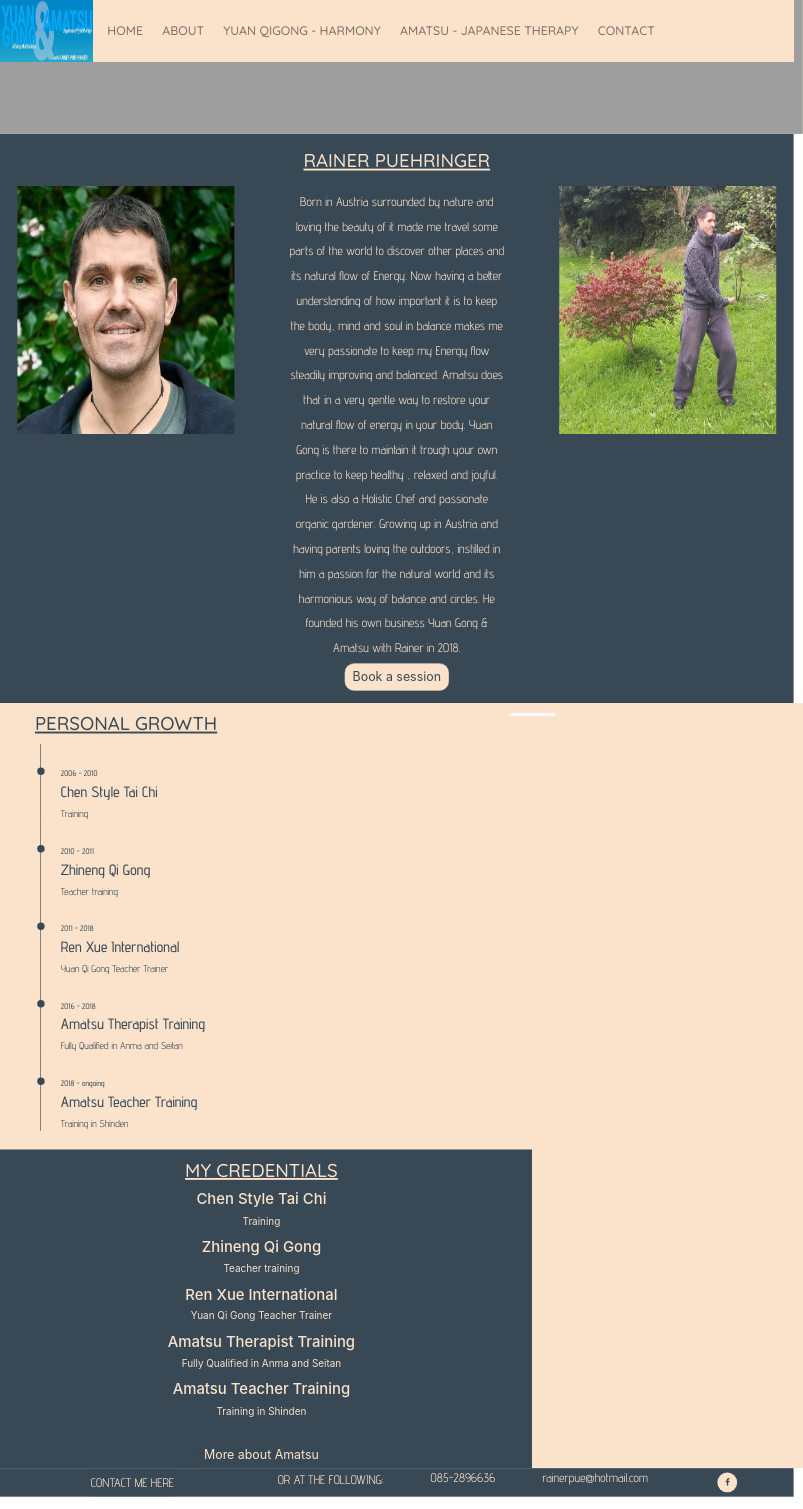
Repository: rainerpue/practitioner_website
Page: about.html
The author's editor kept a record of every edit. The page is drawn from the files as they stood at one moment, then again after the next edit.
The browser window is 1280 px wide. The page is 1295 px wide, so the pictures cover 1295 px, including what lies to the right of the window. The pictures show the whole page, at 62% of full size.
Pictures or frames that could not be fetched are drawn as grey boxes. Some web libraries are served in a nearby version.

Above is the page before.

### about.html
<!DOCTYPE html>
<html lang="en">

<head>
    <meta charset="UTF-8">
    <meta name="viewport" content="width=device-width, initial-scale=1.0">
    <meta http-equiv="X-UA-Compatible" content="ie=edge">
    <meta name="description" content="Home page | Rainer Puehringer, Find your Energy flow">
    <meta name="keywords" content="qigong, amatsu, therapy, energy flow, body balance, harmony, Japanese therapy, yuan gong, ireland">
    <meta name="author" content="Rainer Puehringer">
    <!-- style links -->
    <link rel="stylesheet" href="https://stackpath.bootstrapcdn.com/bootstrap/4.3.1/css/bootstrap.min.css" type="text/css" />
    <link rel="stylesheet" href="https://stackpath.bootstrapcdn.com/font-awesome/4.7.0/css/font-awesome.min.css" type="text/css" />

    <!-- link to my css file comes after to make sure it render over bootstrap style -->
    <link rel="stylesheet" href="assets/css/style.css" type="text/css" />

    <title>Rainer Puehringer, Find your Energy flow with Yuan Qigong and Amatsu</title>

</head>

<body>
    <!-- navbar and logo -->
    <!-- blue background will only show on bigger screens, set to transparent for mobile device -->
    <nav class="navbar navbar-expand-md fixed-top navbar-light nav-coral">
        <!-- logo -->
        <a href="index.html" class="navbar-brand logo">
            <img src="assets/images/logo.jpeg" width="150" height="100" alt="logo">
        </a>
        <!-- button for smaller devices -->
        <button class="navbar-toggler" type="button" data-toggle="collapse" data-target="#burger" aria-controls="burger" aria-expanded="false" aria-label="Toggle navigation">
    <span class="fa fa-bars"></span>
  </button>
        <!-- navigation items which drop down vertically from burger icon in smaller devices -->
        <div class="collapse navbar-collapse" id="burger">
            <ul class="navbar-nav mr-auto text-uppercase">
                <li class="nav-item">
                    <a class="nav-link" href="index.html">Home</a>
                </li>
                <li class="nav-item">
                    <a class="nav-link" href="about.html">About</a>
                </li>
                <li class="nav-item">
                    <a class="nav-link" href="index.html">Yuan Qigong - Harmony</a>
                </li>
                <li class="nav-item">
                    <a class="nav-link" href="index.html">Amatsu - Japanese Therapy</a>
                </li>
                <li class="nav-item">
                    <a class="nav-link" href="index.html">Contact</a>
                </li>
            </ul>
        </div>
    </nav>

    <!-- end navbar -->


    <!-- about image banner -->
    <main>
        <div class="container-fluid">
            <div class="row">
                <div class="col-12 about-image">
                </div>
            </div>
        </div>

        <!-- Rainer's intro -->
        <section class="container-fluid bg-grey about-intro">
            <div class="row">
                <div class="col text-center">
                    <h3 class="text-uppercase">RAINER PUEHRINGER</h3>
                </div>
            </div>
            <div class="row about-details">
                <div class="col-md-4 text-center">
                    <img class="about-sm-img" src="assets/images/Rainer.jpeg" width="350" height="400" alt="Rainer Puehringer">
                </div>
                <div class="col-md-4">
                    <p class="about-content text-center">Born in Austria surrounded by nature and loving the beauty of it made me travel some parts of the world to discover other places and its natural flow of Energy. Now having a better understanding of how important it is to keep the body,
                        mind and soul in balance makes me very passionate to keep my Energy flow steadily improving and balanced. Amatsu does that in a very gentle way to restore your natural flow of energy in your body. Yuan Gong is there to maintain
                        it trough your own practice to keep healthy , relaxed and joyful. He is also a Holistic Chef and passionate organic gardener. Growing up in Austria and having parents loving the outdoors, instilled in him a passion for the natural
                        world and its harmonious way of balance and circles. He founded his own business Yuan Gong & Amatsu with Rainer in 2018.</p>
                </div>
                <div class="col-md-4 d-none d-md-block text-center">
                    <img src="assets/images/Rainer2.jpeg" width="350" height="400" alt="Rainer doing Qigong movement">
                </div>
            </div>
            <div class="container-fluid">
                <div class="row text-center">
                    <div class="col-12">
                        <a class="btn btn--gal btn--coral" href="#">Book a session</a>
                    </div>
                </div>
            </div>
        </section>

        <!-- timeline -->

        <section class="container-fluid">
            <div class="row bg-coral">
                <div class="col-md-4 timeline section-column">
                    <div class="row">
                        <div class="col-12">
                            <h3 class="text-uppercase text-center">Personal growth</h3>
                        </div>
                    </div>
                    <div class="history-items">
                        <div class="timeline-item" data-dates="2006 - 2010">
                            <h4>Chen Style Tai Chi</h4>
                            <p>Training</p>
                        </div>
                        <div class="timeline-item" data-dates="2010 - 2011">
                            <h4>Zhineng Qi Gong</h4>
                            <p>Teacher training</p>
                        </div>
                        <div class="timeline-item" data-dates="2011 - 2018">
                            <h4>Ren Xue International</h4>
                            <p>Yuan Qi Gong Teacher Trainer</p>
                        </div>
                        <div class="timeline-item" data-dates="2016 - 2018">
                            <h4>Amatsu Therapist Training</h4>
                            <p>Fully Qualified in Anma and Seitan</p>
                        </div>
                        <div class="timeline-item" data-dates="2018 - ongoing">
                            <h4>Amatsu Teacher Training</h4>
                            <p>Training in Shinden</p>
                        </div>
                    </div>
                </div>

                <!-- small divider -->

                <hr class="section-divider-short">

                <!-- qualifications check -->

                <div class="col-md-8 bg-grey section-column">
                    <div class="row">
                        <div class="col-12">
                            <h3 class="text-uppercase text-center">My credentials</h3>
                        </div>
                    </div>
                    <div class="row text-center qualif-section">
                        <div class="col-12">
                            <h4>Chen Style Tai Chi</h4>
                            <p>Training</p>
                        </div>
                        <div class="col-12">
                            <h4>Zhineng Qi Gong</h4>
                            <p>Teacher training</p>
                        </div>
                        <div class="col-12">
                            <h4>Ren Xue International</h4>
                            <p>Yuan Qi Gong Teacher Trainer</p>
                        </div>
                        <div class="col-12">
                            <h4>Amatsu Therapist Training</h4>
                            <p>Fully Qualified in Anma and Seitan</p>
                        </div>
                        <div class="col-12">
                            <h4>Amatsu Teacher Training</h4>
                            <p>Training in Shinden</p>
                        </div>
                    </div>
                    <p class="content-intro"></p>
                    <div class="row text-center">
                        <div class="col-12">
                            <a class="btn btn--gal btn--grey" href="#">More about Amatsu</a>
                        </div>
                    </div>
                </div>
            </div>
        </section>
    </main>
    <!-- footer -->

    <footer>
        <div class="container-fluid bg-grey">
            <div class="row footer-row">
                <div class="col-12 col-md-4 footer-contact">
                    <a class="btn btn--gal btn--grey text-uppercase" href="#">Contact Me Here</a>
                </div>
                <div class="col-12 col-md-2 footer-contact">
                    <h5 class="text-uppercase">or at the following:</h5>
                </div>
                <div class="col-12 col-md-2 footer-contact">
                    <p>085-2896636</p>
                </div>
                <div class="col-12 col-md-2 footer-contact">
                    <p>rainerpue@hotmail.com</p>
                </div>
                <div class="col-12 col-md-2 footer-contact">
                    <a class="socialmedia" href="https://www.facebook.com/YuanGongandAmatsuwithRainer/" target="_blank">
                    <i class="fa fa-facebook"></i>
                    <span class="sr-only">Facebook</span>
                    </a>
                </div>
            </div>
        </div>
    </footer>

    <script src="https://code.jquery.com/jquery-3.2.1.slim.min.js " integrity="sha384-KJ3o2DKtIkvYIK3UENzmM7KCkRr/rE9/Qpg6aAZGJwFDMVNA/GpGFF93hXpG5KkN " crossorigin="anonymous "></script>
    <script src="https://cdnjs.cloudflare.com/ajax/libs/popper.js/1.12.9/umd/popper.min.js " integrity="sha384-ApNbgh9B+Y1QKtv3Rn7W3mgPxhU9K/ScQsAP7hUibX39j7fakFPskvXusvfa0b4Q " crossorigin="anonymous "></script>
    <script src="https://maxcdn.bootstrapcdn.com/bootstrap/4.0.0/js/bootstrap.min.js " integrity="sha384-JZR6Spejh4U02d8jOt6vLEHfe/JQGiRRSQQxSfFWpi1MquVdAyjUar5+76PVCmYl " crossorigin="anonymous "></script>
</body>

</html>

### assets/css/style.css
@import url('https://fonts.googleapis.com/css?family=Advent+Pro:100,200,300,400,500,600,700|Quicksand:300,400,500,700|Poppins:100,200,300,400,500,600,700,800');

body {}

/*-----------------------------------------Colour */

.nav-coral {
    background-color: transparent;
}

.bg-grey {
    background-color: #384955;
    color: #FAE2CB;
}

.bg-coral {
    background-color: #FAE2CB;
    color: #384955;
}


/*-----------------------------------------Special paddings/margins/texts */

.container-fluid {
    padding: 0;
    margin: 0;
}

.text-uppercase {
    text-transform: uppercase;
}

.text-center {
    text-align: center;
    margin: 0;
}

h3 {
    padding: 15px 0 15px;
    font-family: "Quicksand", sans-serif;
    font-weight: 500;
    font-size: 30px;
    text-decoration: underline;
}

a {
    text-decoration: none;
    cursor: pointer;
}

.section-column {
    display: table-cell;
    padding: 0 30px 0;
    float: none;
}

/*-----------------------------------------buttons */

.btn:hover {
    color: #fafafa;
    text-decoration: none;
}

.btn--gal {
    margin-bottom: 0;
    margin-top: 0;
    border-radius: 15px;
    font-size: 20px;
    text-decoration: none;
    cursor: pointer;
}

.btn--grey {
    background-color: #384955;
    border-color: #384955;
    color: #FAE2CB;
}

.btn--grey:hover {
    color: #FF8863;
}

.btn--coral {
    background-color: #FAE2CB;
    border-color: #FAE2CB;
    color: #384955;
}

.btn--coral:hover {
    color: #87B0CD;
}

.btn--footer {
    color: #FAE2CB;
}

/*-----------------------------------------section divider */

.section-divider-short {
    width: 75px;
    height: 5px;
    border: 0;
    background-color: #fafafa;
}

.section-divider-long {
    width: 100vh;
    height: 2.5px;
    border: 0;
    background-color: #FAE2CB;
}


/*-----------------------------------------logo */

.logo {
    display: inline-block;
    padding: 0;
    margin: 0;
    line-height: inherit;
    white-space: nowrap;
    background-position: center;
    background-repeat: no-repeat;
    transition: all .5s ease-in-out;
    -moz-transition: all .5s ease-in-out;
    -webkit-transition: all .5s ease-in-out;
}

/*-----------------------------------------burger icon */

.fa-bars {
    font-size: 30px;
    padding: 5px;
}

.navbar-light .navbar-toggler {
    border-color: rgba(0, 0, 0, .3);
    margin-right: 15px;
}

/*-----------------------------------------nav */

.navbar {
    padding: 0;
    text-align: center;
    overflow: auto;
}

.navbar-collapse {
    background-color: #FAE2CB
}

.nav-item {
    padding-left: 15px;
}

.nav-item a {
    color: #384955;
    font-family: "Quicksand", sans-serif;
    font-weight: 500;
    font-size: 20px;
    transition: background-color .2s ease-in-out, color .2s ease-in-out;
}

.nav-item a:hover {
    color: #FAE2CB!important;
    background-color: #384955;
}

/*-----------------------------------------full background image with attention */

.home-image {
    min-height: 95vh;
    align-items: center;
    position: relative;
    background: url(../images/home-image.jpg) no-repeat center center fixed;
    -webkit-background-size: cover;
    -moz-background-size: cover;
    -o-background-size: cover;
    background-size: cover;
    padding-top: 100px;
}

.opaque-overlay {
    position: absolute;
    top: 0;
    left: 0;
    height: 100%;
    width: 100%;
    background: rgba(0, 0, 0, 0.2);
}

.attention {
    width: 80%;
    color: #fafafa;
    font-family: "Advent Pro", sans-serif;
    font-size: 40px;
    font-weight: 600;
    padding-left: 15px;
    padding-top: 200px;
}

/*-----------------------------------------testimonials in carrousel */

.testimonials {
    padding-bottom: 20px;
}

.slide {
    position: relative;
    display: flex;
    align-items: center;
    min-height: 30vh;
    text-align: center;
    padding: 5px 30px;
    margin-bottom: 20px
}

blockquote {
    width: 80px;
    font-family: "Advent Pro", sans-serif;
    font-weight: 500;
    font-size: 30px;
}

/*-----------------------------------------home intro section */

.intro {
    width: 100%;
    padding: 0;
    padding-bottom: 20px;
    min-height: 20vh;
}

.content-intro {
    font-family: "Advent Pro", sans-serif;
    font-size: 20px;
    font-weight: 400;
    margin-bottom: 20px;
}

/*-----------------------------------------footer */

.footer-row {
    padding: 0 15px;
    text-align: center;
    margin-bottom: 20px;
}

.footer-contact {
    font-family: "Advent Pro", sans-serif;
    text-align: center;
    align-items: center;
    justify-content: center;
    color: #FAE2CB;
    padding: 0;
    margin: 0;
}

.footer-contact p {
    font-weight: 400;
    font-size: 20px;

}

.footer-contact h5 {
    font-weight: 400;
    font-size: 20px;
}

.socialmedia i {
    width: 32px;
    height: 32px;
    padding: 12px 0;
    border-radius: 50%;
    font-size: 13px;
    line-height: 7px;
    text-align: center;
    color: #384955;
    background: #FAE2CB;
    transition: all 0.35s ease-in-out;
    -moz-transition: all 0.35s ease-in-out;
    -webkit-transition: all 0.35s ease-in-out;
    -o-transition: all 0.35s ease-in-out;
}

.social-links i:hover {
    background: #e84610;
}

/*-----------------------------------------about page */

.about-image {
    min-height: 30vh;
    background: url(../images/about-image.jpg);
    -webkit-background-size: 100% 100%;
    -moz-background-size: 100% 100%;
    -o-background-size: 100% 100%;
    background-size: 100% 100%;
    width: 100vw;
    background-repeat: no-repeat;
    position: relative;
}

.about-intro {
    padding: 10px 0 20px;
}

.about-sm-img {
    position: relative;
    align-items: center;
}

.about-content {
    min-height: 25vh;
    position: relative;
    display: flex;
    text-align: center;
    padding: 5px 30px;
    line-height: 200%;
    font-family: "Advent Pro", sans-serif;
    font-size: 20px;
    font-weight: 400;
}

/*-----------------------------------------timeline */

.timeline {
    margin: 0;
}

.timeline-item {
    padding: 4em 2em 0em 2em;
    position: relative;
    color: #384955;
    border-left: 1px solid;
    font-family: "Advent Pro", sans-serif;
}

.timeline-item p {
    padding: 0;
    margin: 0;
}

.timeline-item:before {
    content: attr(data-dates);
    position: absolute;
    left: 2.5em;
    top: 3em;
    display: block;
    font-family: "Advent Pro", sans-serif;
    font-weight: 500;
    font-size: 0.8em;
    padding: 0;
    margin: 0;
}

.timeline-item:after {
    width: 12px;
    height: 12px;
    display: block;
    position: absolute;
    top: 2.4em;
    left: -6px;
    border-radius: 12px;
    content: "";
    background-color: #384955;
}

.history-items {
    margin: 0 0 30px;
    padding-left: 30px;
}

/*-----------------------------------------qualifications */

.qualif-section {
    display: flex;
}

/*-----------------------------------------media queries */

/*-----------------------------------------media query to add navbar color background color on bigger screens */

@media (min-width: 768px) {
    .nav-coral {
        background-color: #FAE2CB;
    }
}

@media (min-width: 768px) {
    .attention {
        padding-top: 400px;
        width: 60%;
        font-size: 50px;
    }
}

@media (min-width: 768px) {
    .slide {
        min-height: 20vh;
    }
}

@media (min-width: 768px) {
    .section-divider {
        width: 0px;
        height: 0px;
        border: 0;
    }
}

@media (min-width: 768px) {
    .footer-contact {
        display: flex;
    }
}

@media (min-width: 768px) {
    .footer-contact h5 p a {
        padding-left: 15px;
    }
}

@media (min-width: 768px) {
    .section-column {
        padding: 0 50px 0;
    }

After the next edit:
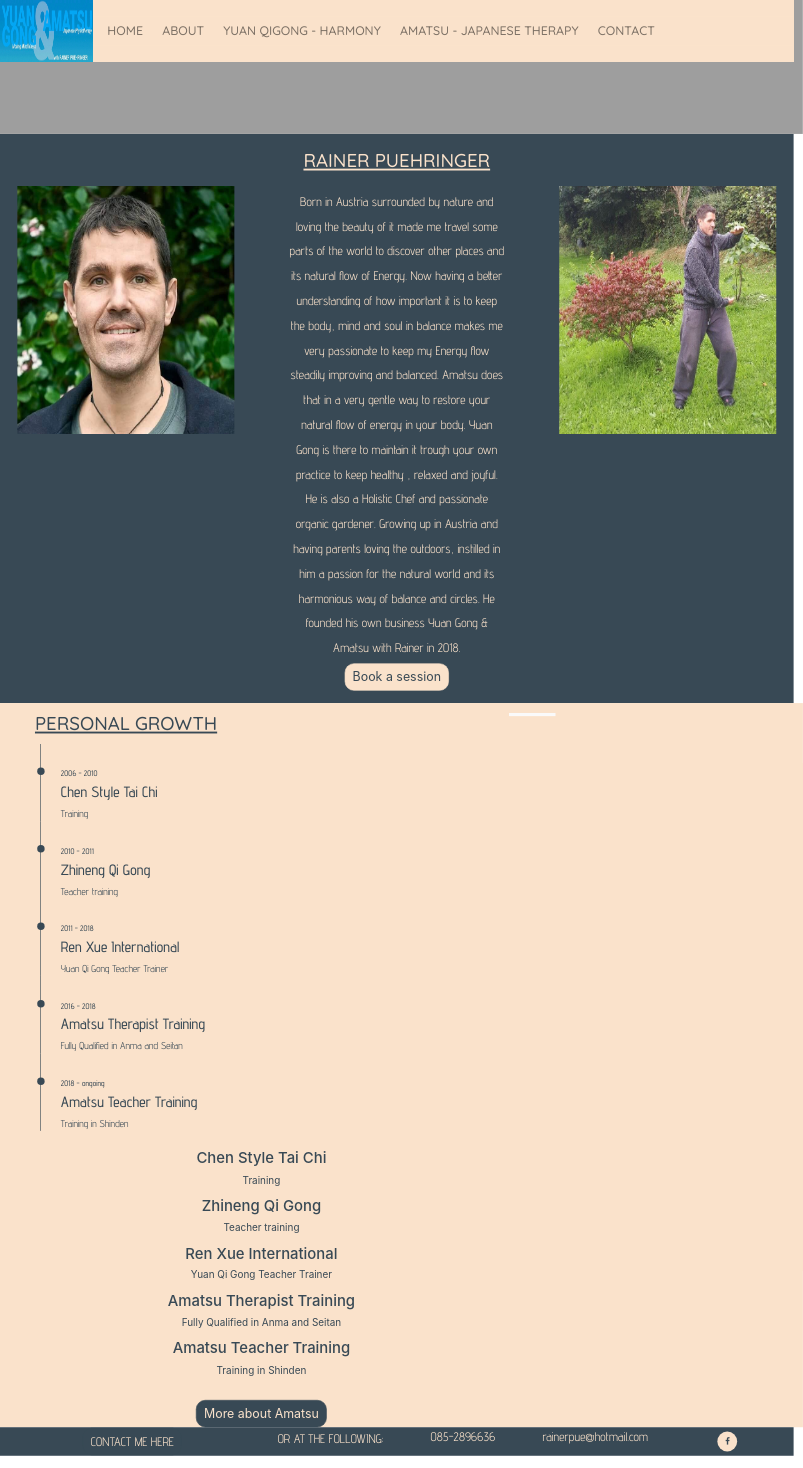
The edit:
--- a/about.html
+++ b/about.html
@@ -135,12 +135,8 @@
 
                 <!-- qualifications check -->
 
-                <div class="col-md-8 bg-grey section-column">
-                    <div class="row">
-                        <div class="col-12">
-                            <h3 class="text-uppercase text-center">My credentials</h3>
-                        </div>
-                    </div>
+                <div class="col-md-8 section-column">
+
                     <div class="row text-center qualif-section">
                         <div class="col-12">
                             <h4>Chen Style Tai Chi</h4>
